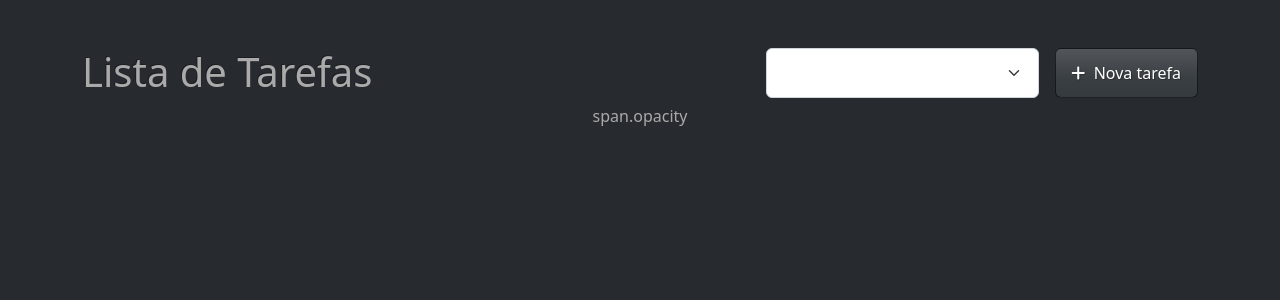
Repository: cargugati/lista_tarefas
Page: frontEnd/index.html
These files come from the project's save history. The page is drawn as it stood at one moment and after the next save; the edit follows.
The browser window is 1280 px wide. The pictures show the whole page.

Above is the page before, as saved 2023-03-16 10:28:27.

### frontEnd/index.html
<!DOCTYPE html>
<html lang="pt-br">

<head>
  <meta charset="UTF-8">
  <meta http-equiv="X-UA-Compatible" content="IE=edge">
  <meta name="viewport" content="width=device-width, initial-scale=1.0">
  <title>Lista de Tarefas</title>
  <link rel="stylesheet" href="/assets/css/bootstrap.min.css">
  <link rel="stylesheet" href="/assets/fontawesome/css/all.min.css">
  <link rel="shortcut icon" href="/assets/images/favicon.png" type="image/png">
</head>

<body>
  <div class="container my-5">
    <div class="row">
      <div class="col">
        <h1>Lista de Tarefas</h1>
      </div>
      <div class="col text-end">
        <div class="d-flex justify-content-end">
          <select id="select_filter" class="form-select w-50 me-3">
            <option value=""></option>
            <option value="1">1</option>
          </select>
          <a href="new_task.html" class="btn btn-primary"><i class="fa-solid fa-plus me-2"></i>Nova tarefa</a>
        </div>
      </div>
    </div>

    <div class="row">
      <div class="col text-center">
      span.opacity
      </div>
    </div>
  </div>


  <script src="assets/js/bootstrap.bundle.min.js"></script>
</body>

</html>

Loaded but not shown: frontEnd/assets/css/bootstrap.min.css (library); frontEnd/assets/fontawesome/css/all.min.css (library); frontEnd/assets/js/bootstrap.bundle.min.js (library)

After the next save:
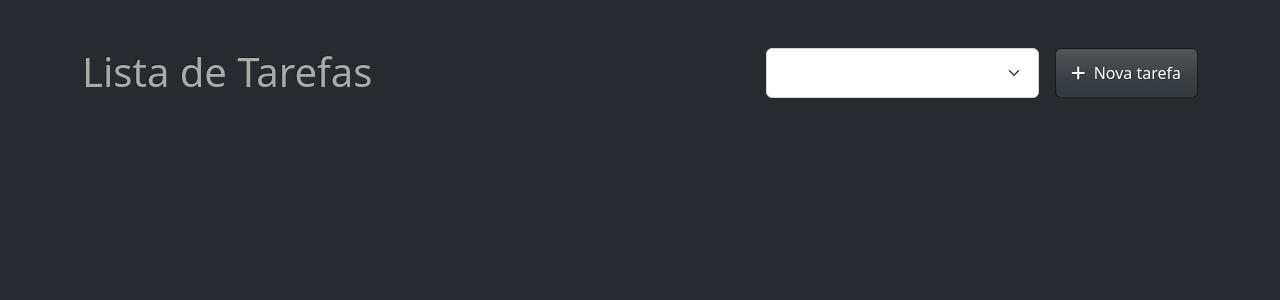
Saved 7 s later.
--- a/frontEnd/index.html
+++ b/frontEnd/index.html
@@ -30,7 +30,7 @@
 
     <div class="row">
       <div class="col text-center">
-      span.opacity
+      <span class="opacity-50"></span>
       </div>
     </div>
   </div>
